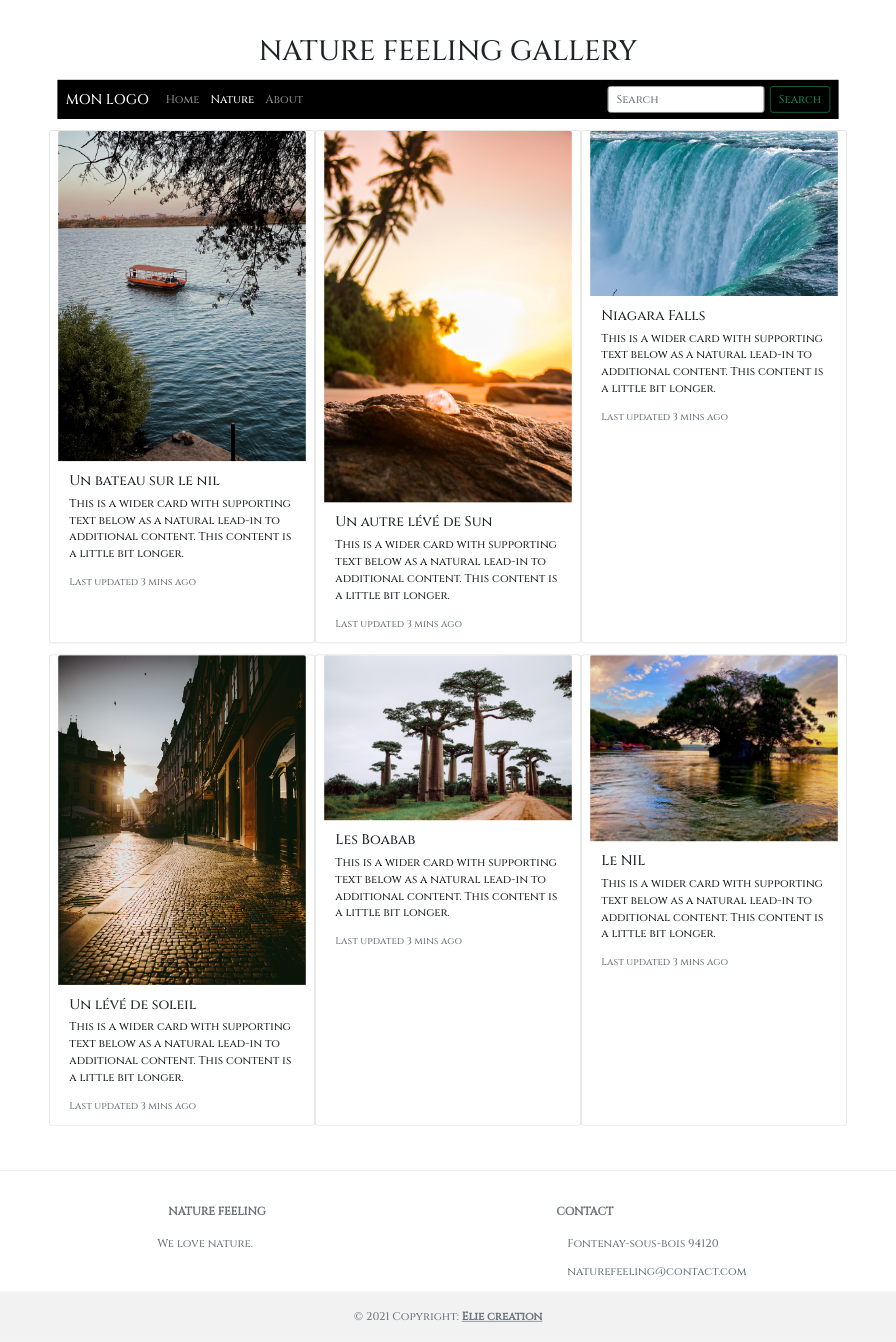
Repository: Elie-Dey/boot-start
Page: gallery.html
The author's editor kept a copy of each file at every save. The page is drawn from the files as they stood at one save, then again after the next save.
The browser window is 1280 px wide. The pictures show the whole page, at 70% of full size.
Some web fonts or font styles are not loaded; a fallback is used.

Above is the page before, as saved 2021-08-19 19:38:17.

After the next save:
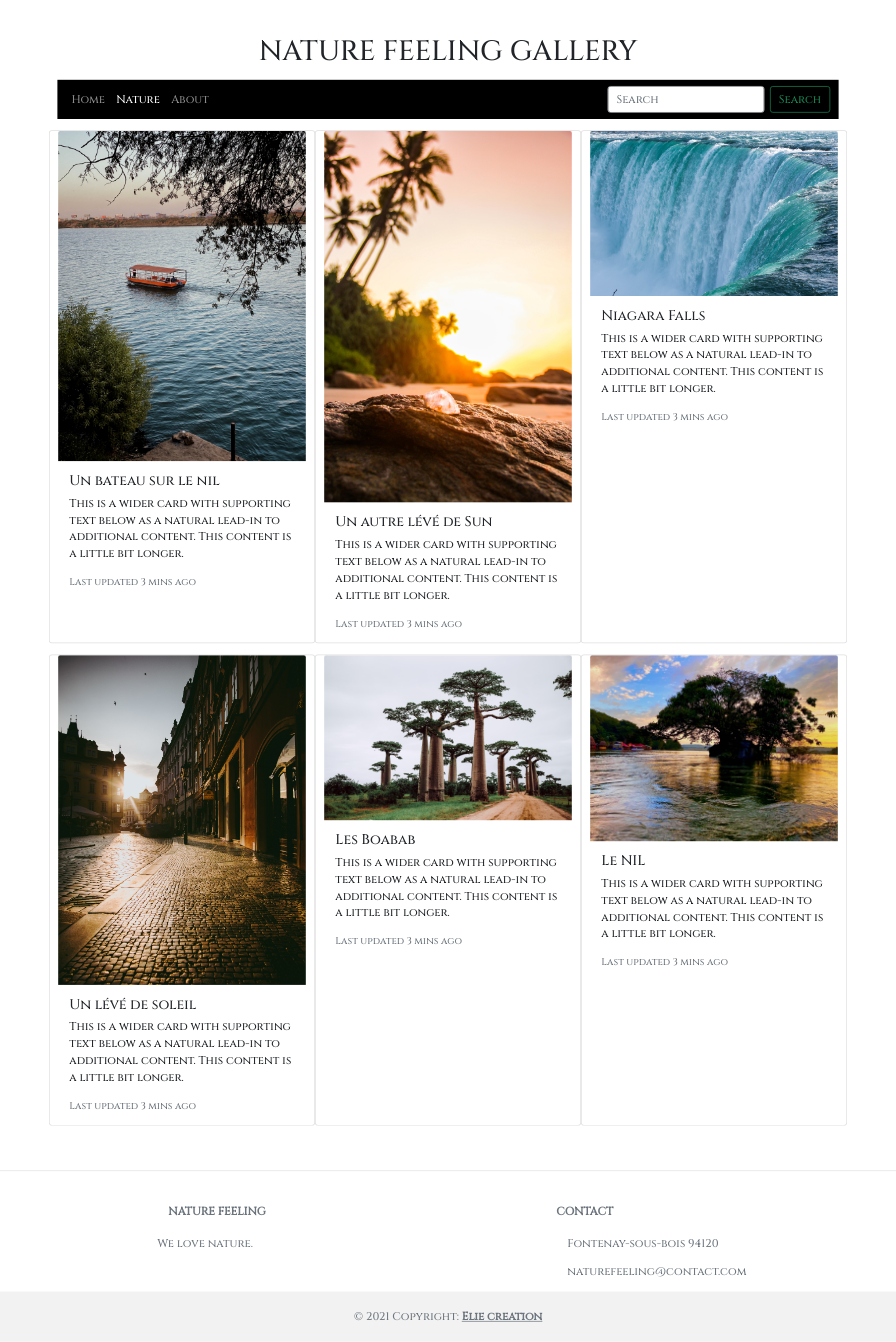
Saved 2 min 30 s later.
--- a/gallery.html
+++ b/gallery.html
@@ -27,7 +27,7 @@
       <!--bar de navigation -->
       <nav class="navbar navbar-expand-lg navbar-dark bg-black mb-3">
         <div class="container-fluid">
-          <a class="navbar-brand" href="index.html">MON LOGO</a>
+          <!--<a class="navbar-brand" href="index.html">MON LOGO</a>-->
           <button
             class="navbar-toggler"
             type="button"
